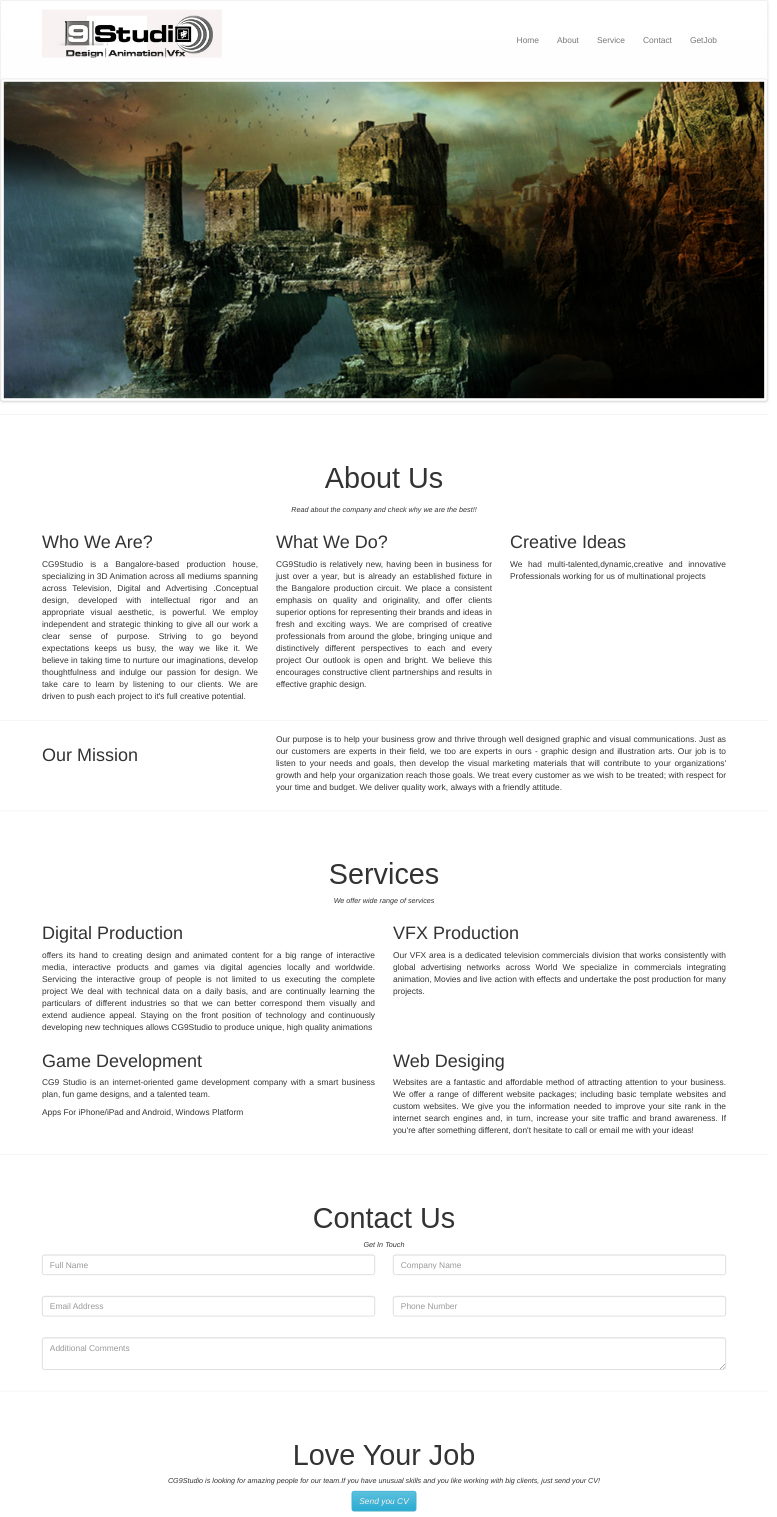
Repository: deepak6sp/BootstrapTheme1
Page: 9studio/WebContent/index.html
An editor plug-in stored every save of this project. The page is shown before and after the next save, followed by the edit.
The browser window is 1280 px wide. The page is 1295 px wide, so the pictures cover 1295 px, including what lies to the right of the window. The pictures show the whole page, at 60% of full size.
Some web libraries are served in a nearby version.

Above is the page before, as saved 2014-07-23 13:48:33.

After the next save:
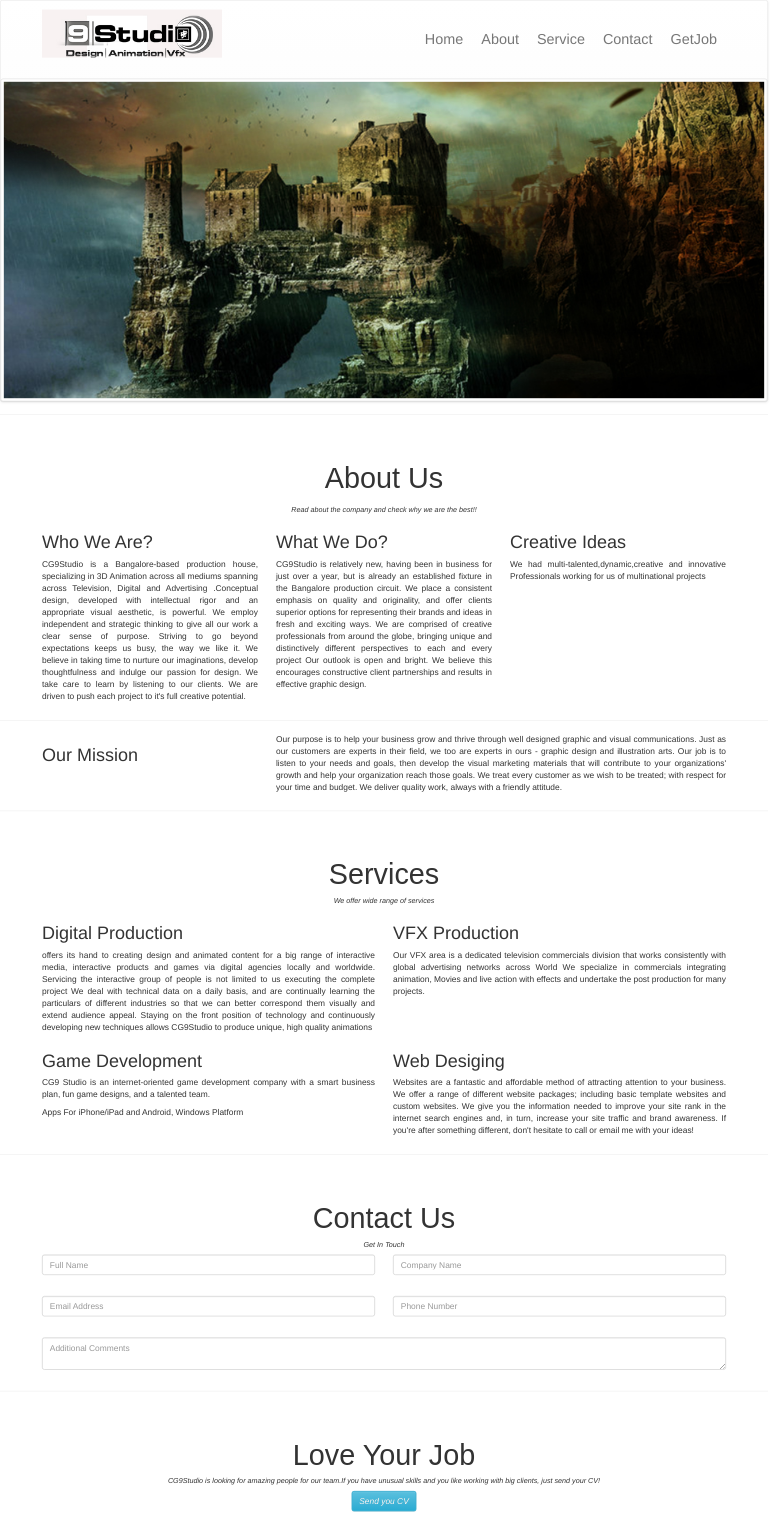
Saved 2 min 10 s later.
--- a/9studio/WebContent/css/style.css
+++ b/9studio/WebContent/css/style.css
@@ -8,3 +8,8 @@ div h1{
 div h6{
 	font-style:italic;
 }
+
+div ul li a{
+	color:grey;
+	font-size:24px;
+}
